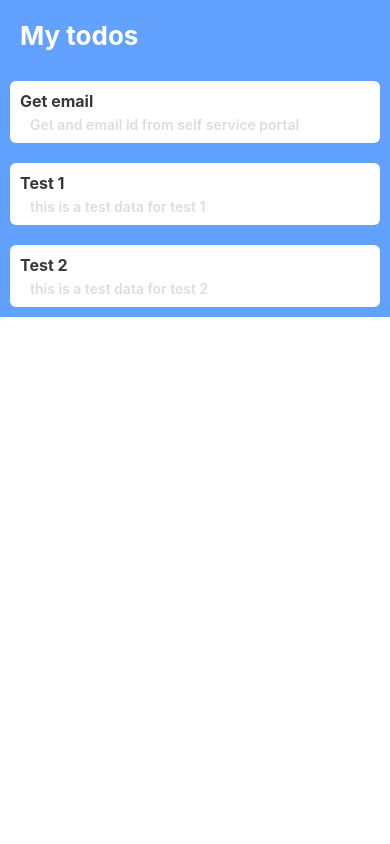
Repository: sadarsh216/Todo-App
Page: /
These files come from the project's save history. The page is drawn as it stood at one moment and after the next save; the edit follows.
The browser window is 390 px wide. The pictures show the whole page.
The app was drawn by React Native's web renderer in a window 390 px wide. The project was rebuilt for these pictures with package versions that can differ from the ones it lists, and the page was loaded fresh each time.

Above is the page before, as saved 2021-10-09 13:00:48.

### App.tsx
import { StatusBar } from "expo-status-bar";
import React from "react";
import { SafeAreaView, StyleSheet, Text, View } from "react-native";
import Todos from "./Pages/Todos";

export default function App() {
  return (
    <SafeAreaView>
      <View style={styles.container}>
        <Text style={styles.heading}>My todos</Text>
        <Todos />
      </View>
    </SafeAreaView>
  );
}

const styles = StyleSheet.create({
  container: {
    backgroundColor: "#63a1ff",
  },
  heading: {
    color:"white",
    fontSize: 26,
    fontWeight: "bold",
    margin: 20,
  },
});

### Pages/Todos.tsx
import React from "react";
import { View, Text, StyleSheet } from "react-native";

export default function Todos() {
  const [todos, setTodos] = React.useState([
    {
      title: "Get email",
      description: "Get and email id from self service portal",
      id: 0,
    },
    { title: "Test 1", description: "this is a test data for test 1", id: 1 },
    { title: "Test 2", description: "this is a test data for test 2 ", id: 2 },
  ]);
  return (
    <>
      {todos.map((item, key) => (
        <View key={item.id} style={styles.card}>
          <Text style={styles.title}>{item.title}</Text>
          <Text style={styles.desc}>{item.description}</Text>
        </View>
      ))}
    </>
  );
}

const styles = StyleSheet.create({
  card: {
    display: "flex",
    backgroundColor: "#fff",
    margin: 10,
    borderRadius: 6,
    elevation: 4,
    padding: 10,
  },
  title: {
    fontSize: 16,
    marginBottom: 5,
    fontWeight: "bold",
    color: "#383838",
  },
  desc: {
    paddingHorizontal: 10,
    fontWeight: "600",
    color: "#ddd",
  },
});

After the next save:
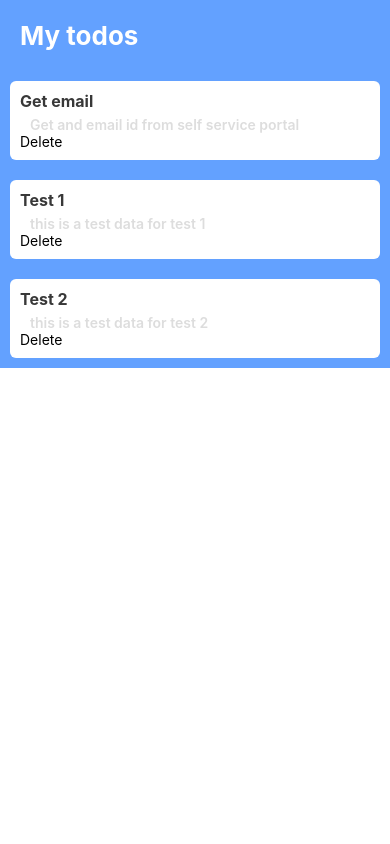
Saved 37 s later.
--- a/Pages/Todos.tsx
+++ b/Pages/Todos.tsx
@@ -15,8 +15,13 @@
     <>
       {todos.map((item, key) => (
         <View key={item.id} style={styles.card}>
-          <Text style={styles.title}>{item.title}</Text>
-          <Text style={styles.desc}>{item.description}</Text>
+          <View>
+            <Text style={styles.title}>{item.title}</Text>
+            <Text style={styles.desc}>{item.description}</Text>
+          </View>
+              <View>
+                  <Text>Delete</Text>
+          </View>
         </View>
       ))}
     </>

After the save that followed:
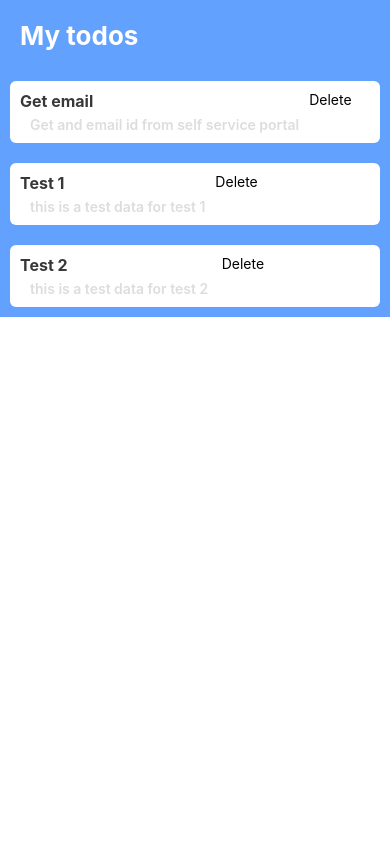
Saved 13 s later.
--- a/Pages/Todos.tsx
+++ b/Pages/Todos.tsx
@@ -19,8 +19,8 @@
             <Text style={styles.title}>{item.title}</Text>
             <Text style={styles.desc}>{item.description}</Text>
           </View>
-              <View>
-                  <Text>Delete</Text>
+          <View>
+            <Text>Delete</Text>
           </View>
         </View>
       ))}
@@ -31,6 +31,7 @@
 const styles = StyleSheet.create({
   card: {
     display: "flex",
+    flexDirection: "row",
     backgroundColor: "#fff",
     margin: 10,
     borderRadius: 6,
